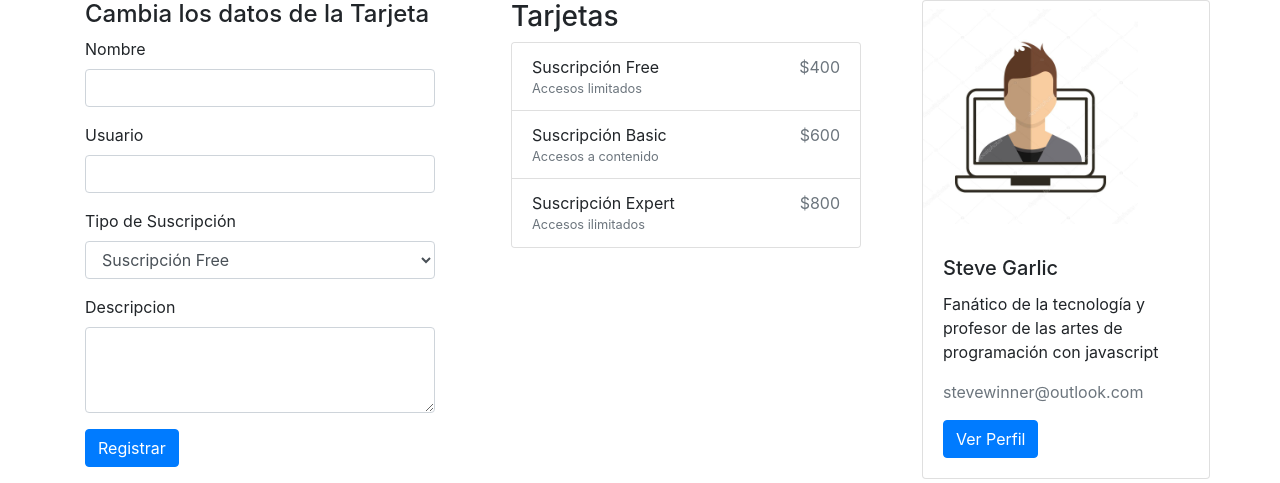
Repository: pedro-donoso/manipulacion-dom
Page: index.html
An editor plug-in stored every save of this project. The page is shown before and after the next save, followed by the edit.
The browser window is 1280 px wide. The pictures show the part of the page from y = 602 to 1085 px (the page is 1085 px tall).

Above is the page before, as saved 2024-02-06 14:25:49.

### index.html
<!doctype html>
<html lang="es">

<head>
    <!-- Required meta tags -->
    <meta charset="utf-8">
    <meta name="viewport" content="width=device-width, initial-scale=1, shrink-to-fit=no">

    <!-- Bootstrap CSS -->
    <link rel="stylesheet" href="https://cdn.jsdelivr.net/npm/bootstrap@4.3.1/dist/css/bootstrap.min.css"
        integrity="sha384-ggOyR0iXCbMQv3Xipma34MD+dH/1fQ784/j6cY/iJTQUOhcWr7x9JvoRxT2MZw1T" crossorigin="anonymous">

    <title>Manipulación del DOM</title>
</head>

<body>

    <main class="container">

        <!-- 1- AGREGO CLASE container PARA MANIPULAR ESTE PÁRRAFO -->
        <div class="row mt-5 text-center justify-content-between" id="contenedor">
            <div class="col-4 col-md-4">
                <h2>Manipulación del DOM</h2>
                <p class="text-center">
                    El DOM es una API definida para representar e interactuar con cualquier documento HTML.
                    El DOM es un modelo de documento que se carga en el navegador web y que representa el documento como un árbol de
                    nodos, en donde cada nodo representa una parte del documento (puede tratarse de un elemento, una
                    cadena de texto o un comentario)
                </p>
            </div>
        </div>
        <div class="row justify-content-between">
            <div class="col-4 col-md-4">
                <h4>Cambia los datos de la Tarjeta</h4>
                <!-- 15- AGREGO id PARA ESCUCHAR EVENTO CLICK -->
                <form id="formulario">
                    <!-- 21- AGREGO ID DE CADA CAMPO -->
                    <label>Nombre</label>
                    <input type="text" class="form-control mb-3" id="nombre">
                    <label>Usuario</label>
                    <input type="text" class="form-control mb-3" id="usuario">
                    <label>Tipo de Suscripción</label>
                    <select id="suscripcion" class="form-control mb-3">
                            <option value="free">Suscripción Free</option>
                            <option value="basic">Suscripcion Basic</option>
                            <option value="expert">Suscripcion Expert</option>
                        </select>









                    <label>Descripcion</label>
                    <textarea rows="3" class="form-control mb-3" id="descripcion"></textarea>
                    <div>
                        <button class="btn btn-primary mb-3">Registrar</button>
                    </div>
                </form>
            </div>
            <div class="col-4 col-md-4">
                <h3>Tarjetas</h3>
                <div class="card">
                    <ul class="list-group list-group-flush">
                        <li class="list-group-item d-flex justify-content-between">
                            <div class="d-flex flex-column">
                                <span>Suscripción Free</span>
                                <small class="text-muted">Accesos limitados</small>
                            </div>
                            <div>
                                <span class="text-muted">$400</span>
                            </div>
                        </li>
                        <li class="list-group-item d-flex justify-content-between">
                            <div class="d-flex flex-column">
                                <span>Suscripción Basic</span>
                                <small class="text-muted">Accesos a contenido</small>
                            </div>
                            <div>
                                <span class="text-muted">$600</span>
                            </div>
                        </li>
                        <li class="list-group-item d-flex justify-content-between">
                            <div class="d-flex flex-column">
                                <span>Suscripción Expert</span>
                                <small class="text-muted">Accesos ilimitados</small>
                            </div>
                            <div>
                                <span class="text-muted">$800</span>
                            </div>
                        </li>
                    </ul>
                </div>
            </div>

            <!-- 8- AGREGO CARD -->
        <!-- 13- AGREGO ID PARA CAPTURAR CONTENEDOR -->
        <div class="row" id="contenedor_tarjeta">

        </div>

        </div>

    </main>

    <!-- Optional JavaScript -->
    <!-- jQuery first, then Popper.js, then Bootstrap JS -->
    <script src="https://code.jquery.com/jquery-3.3.1.slim.min.js"
        integrity="sha384-q8i/X+965DzO0rT7abK41JStQIAqVgRVzpbzo5smXKp4YfRvH+8abtTE1Pi6jizo"
        crossorigin="anonymous"></script>
    <script src="https://cdn.jsdelivr.net/npm/popper.js@1.14.7/dist/umd/popper.min.js"
        integrity="sha384-UO2eT0CpHqdSJQ6hJty5KVphtPhzWj9WO1clHTMGa3JDZwrnQq4sF86dIHNDz0W1"
        crossorigin="anonymous"></script>
    <script src="https://cdn.jsdelivr.net/npm/bootstrap@4.3.1/dist/js/bootstrap.min.js"
        integrity="sha384-JjSmVgyd0p3pXB1rRibZUAYoIIy6OrQ6VrjIEaFf/nJGzIxFDsf4x0xIM+B07jRM"
        crossorigin="anonymous"></script>

    <script src="./app.js"></script>
</body>

</html>

### app.js
// 2- CREO VARIABLE PARA MANIPULAR HTML
let contenedor = document.querySelector("#contenedor");

// 3- CREAR ELEMENTO SUBTITULO Y LE AGREGO PROPIEDADES
let subtitulo = document.createElement("h4");
subtitulo.innerText = "Árbol de nodos \n (enviado desde JavaScript)";

// 4- OBTENER EL CUERPO DEL DOCUMENTO
let body = document.body;

// 5- AGREGAR EL NUEVO ELEMENTO AL CUERPO DEL DOCUMENTO
body.appendChild(subtitulo);

// 6- AGREGO IMAGEN
let imagen = document.createElement("img");
imagen.src =
  "https://www.freecodecamp.org/news/content/images/2021/09/Document.jpg";
imagen.width = "450";
imagen.height = "300";
imagen.alt = "árbol de nodos";

// 7- AGREGO ELEMENTOS AL CONTENEDOR
contenedor.append(subtitulo, imagen);

// 13- AGREGO CONSTRUCTOR
const autor = {
  nombre: "Steve Garlic",
  usuario: "",
  email: "stevewinner@outlook.com",
  descripcion:
    "Fanático de la tecnología y profesor de las artes de programación con javascript",
  imagen: "./img/icono.jpg"
};

// 19- Agrego const crearTarjeta y agrego todas las funciones del código
const crearTarjeta = () => {
  // 25- CREO DOCUMENTO VACIO
  document.querySelector("#contenedor_tarjeta").innerHTML = "";

  // 9- CREO ESTRUCTURA DEL CODIGO
  let columnaTarjeta = document.createElement("div");
  columnaTarjeta.className = "col";

  // 10- CREO TEMPLATE STRING DEL CONTENIDO DE LA TARJETA AUTOR
  // 14- AGREGO DATOS DEL CONSTRUCTOR (13)
  // 17- CREO EVENTO onclick
  // 19- LLAMAR A eventoClick CON event
  let tarjetaAutor = ` <div class="card" style="width: 18rem;">
        <img class="card-img-top pt-2 w-75" src="${autor.imagen}" alt="Card image cap">
        <div class="card-body">
        <h4 class="card-title">${autor.usuario}</h4>
            <h5 class="card-title">${autor.nombre}</h5>
            <p class="card-text">${autor.descripcion}</p>
            <p class="text-muted">${autor.email}</p>
            <button class="btn btn-primary" onclick="eventoClick(event)">Ver Perfil</button>
        </div>
    </div>`;

  // 11- AGREGO TEMPLATE STRING A columnaTarjeta (HIJO)
  columnaTarjeta.innerHTML = tarjetaAutor;

  // 12- AGREGO columnaTarjeta AL CONTENEDOR (PADRE) MEDIANTE LA SELECCIÓN DEL ID #contenedor_tarjeta
  document.querySelector("#contenedor_tarjeta").append(columnaTarjeta);
};

// 16- Creo constante modificarAutor para agregarla al form en index.html, la función recibirá un evento
  const modificarAutor= (event) => {
    console.log(event);
    event.preventDefault();

    // 22- CAPTURO CAMPOS DEL FORMULARIO
    let nombre = document.querySelector("#nombre").value;
    let usuario = document.querySelector("#usuario").value;
    let email = document.querySelector("#email").value;
     let descripcion = document.querySelector("#descripcion").value;

    // 23- LLAMO A LA CONSTANTE AUTOR
    autor.nombre = nombre;
    autor.usuario = usuario;
    autor.email = email;
    autor.descripcion = descripcion;

    // 24- SE VUELVE A CREAR LA TARJETA CON LOS NUEVOS DATOS
    crearTarjeta();
  };


// 18- CAPTURO EVENTO CLIC DEL BOTON EN EL form MEDIANTE EL ID formulario
document.getElementById("formulario").addEventListener("submit",modificarAutor);

// 20- LLAMO A LA FUNCIÓN
crearTarjeta();

After the next save:
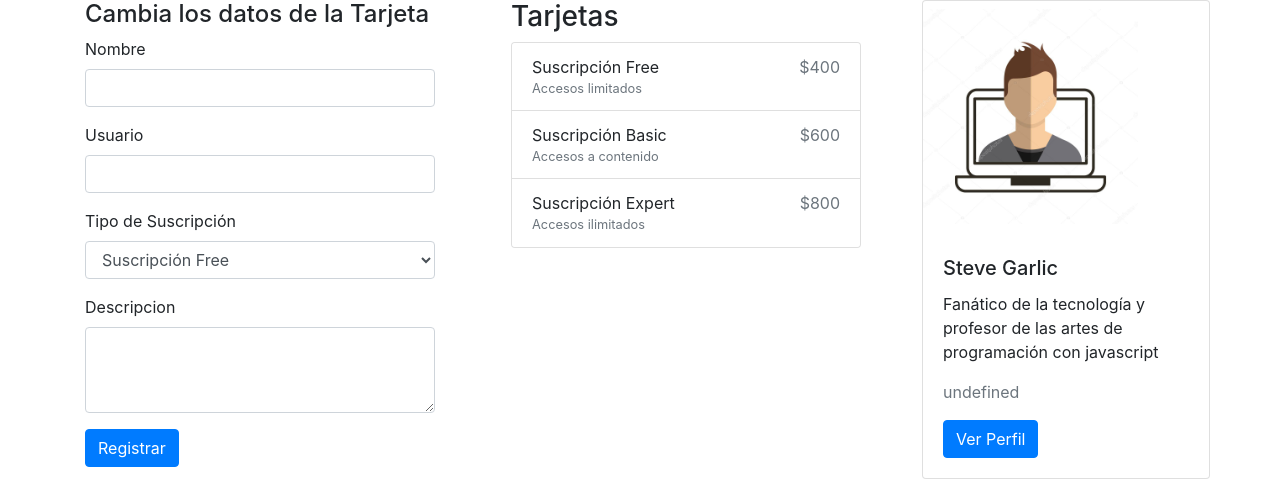
Saved 26 s later.
--- a/app.js
+++ b/app.js
@@ -26,7 +26,7 @@ contenedor.append(subtitulo, imagen);
 const autor = {
   nombre: "Steve Garlic",
   usuario: "",
-  email: "stevewinner@outlook.com",
+  suscripcion: "stevewinner@outlook.com",
   descripcion:
     "Fanático de la tecnología y profesor de las artes de programación con javascript",
   imagen: "./img/icono.jpg"
